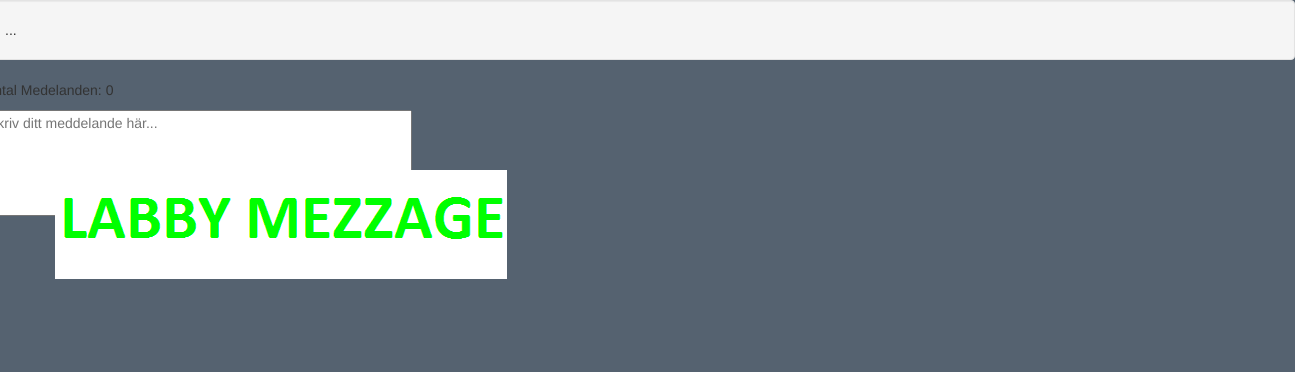
Repository: mc22dg/1dv403-laborationer
Page: 2-labbymezzage/index.html
The author's editor kept a record of every edit. The page is drawn from the files as they stood at one moment, then again after the next edit.
The browser window is 1280 px wide. The page is 1295 px wide, so the pictures cover 1295 px, including what lies to the right of the window. The pictures show the whole page.

Above is the page before.
Console error (its wording comes from the project's code and is left out).

### 2-labbymezzage/index.html
<!DOCTYPE html>
<html lang="sv">
<head>
    <meta charset="UTF-8" />
        <title>Labby mezzage</title>
            <link rel="stylesheet" href="https://maxcdn.bootstrapcdn.com/bootstrap/3.3.1/css/bootstrap.min.css">
            <link rel="stylesheet" href="style.css"/>

</head>

<body>

    <div class="row">


    <div id="logo">
            <img src="logo.png" alt="">
    </div>

    <div id="message">

    </div>
    <div class="well">...</div>

    <div>
        <form>
            <p id="numberOfMess">Antal Medelanden: 0</p>
                <textarea id="textarea" rows="5" cols="50" placeholder="Skriv ditt meddelande här..."></textarea>
            <input id="buttom" type="submit" value="SKICKA!" />
        </form>
    </div>

    <script src="https://maxcdn.bootstrapcdn.com/bootstrap/3.3.1/js/bootstrap.min.js"></script>
     <script src="message.js"></script>
    <script src="messageEngine.js"></script>
</body>

</html>

### 2-labbymezzage/style.css
body {
width: 100%;
height: 100%;
margin-right: 50px;
padding: 0px;
background-color: #556270
}

#logo {
padding: 70px;
position: absolute;
top: 100px;
}









#button {
/*vertical-align: top;*/

height: 35px;
width: 50%;
background-color: #0ffa4d;
border: 1px solid #18ab29;
display: inline-block;
cursor: pointer;
color: #ffffff;
font-family: arial;
font-size: 20px;
text-decoration: none;
text-shadow: 1px 1px 3px #2f6627;
}

#button:hover {
background-color: #78fa98;
}

### 2-labbymezzage/message.js
"use strict";

window.onload = function(){

    function message(message, date){

    	this.getText = function(){ //Hämtar meddelandetexten
                return message;
        }
        this.setText = function(_text){ //Sätter meddelandetexten
                message = _text;
        }
        this.getDate = function(){ //Hämtar datumet
                 return date;
        }
        this.setDate = function(_date){ //Sätter datumet
                   date = _date;
        }

}

Message.prototype.toString = function(){ //En strängpresentation av objektet
        return this.getText()+" ("+this.getDate()+")";
        }


Message.prototype.getHTMLText = function() { //Hämtar texten med \n utbytt mot <br>
return this.getText().replace(/ \n /g, "<br />");
        }

Message.prototype.getDateText = function(){
        }
























}

### 2-labbymezzage/messageEngine.js
"use strict"

var MessageBoard = {

        messages: [], //En array för alla meddelanden.


}

After the next edit:
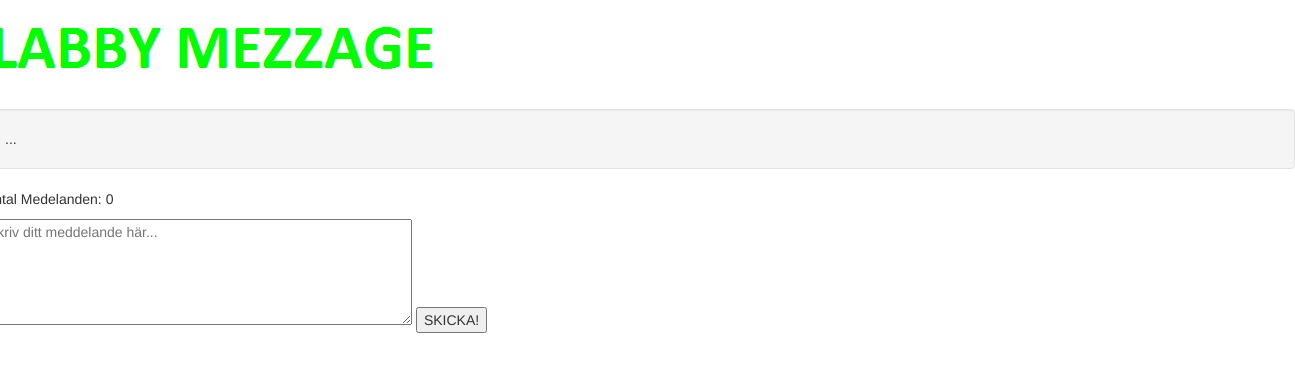
The edit:
--- a/2-labbymezzage/style.css
+++ b/2-labbymezzage/style.css
@@ -1,41 +1,3 @@
-body {
-width: 100%;
-height: 100%;
-margin-right: 50px;
-padding: 0px;
-background-color: #556270
+#logo{
+
 }
-
-#logo {
-padding: 70px;
-position: absolute;
-top: 100px;
-}
-
-
-
-
-
-
-
-
-
-#button {
-/*vertical-align: top;*/
-
-height: 35px;
-width: 50%;
-background-color: #0ffa4d;
-border: 1px solid #18ab29;
-display: inline-block;
-cursor: pointer;
-color: #ffffff;
-font-family: arial;
-font-size: 20px;
-text-decoration: none;
-text-shadow: 1px 1px 3px #2f6627;
-}
-
-#button:hover {
-background-color: #78fa98;
-}
